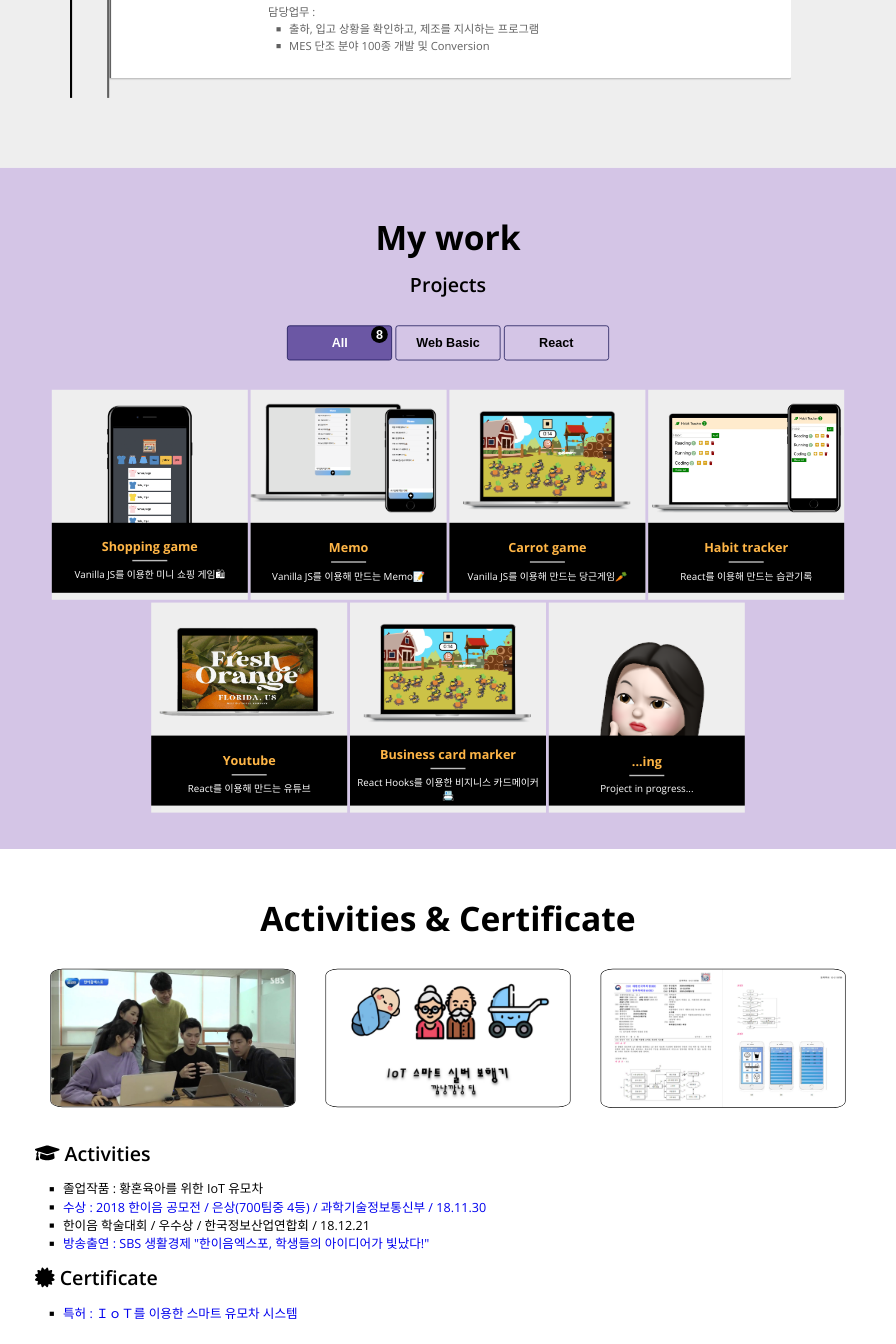
Repository: salangdung-i/portfolio
Page: index.html
These files come from the project's save history. The page is drawn as it stood at one moment and after the next save; the edit follows.
The browser window is 1280 px wide. The pictures show the part of the page from y = 3207 to 5127 px (the page is 5627 px tall), at 70% of full size.
Some web fonts or font styles are not loaded; a fallback is used. Some web libraries are served in a nearby version.

Above is the page before, as saved 2021-12-28 13:44:45.

### index.html
<!DOCTYPE html>
<html lang="en">

<head>
  <meta charset="UTF-8">
  <meta name="viewport" content="width=device-width, initial-scale=1.0">
  <title>Eunji's Portfolio</title>
  <meta name="description" content="Port for world-renowned software engineer Eunji" />
  <meta name="author" content="Eunji">
  <link rel="icon" type="image/png" href="imgs/favicon.png" />
  <script src="https://use.fontawesome.com/releases/v5.2.0/js/all.js"></script>
  <link rel="preconnect" href="https://fonts.googleapis.com">
  <link rel="preconnect" href="https://fonts.gstatic.com" crossorigin>
  <link
    href="https://fonts.googleapis.com/css2?family=Noto+Serif+KR:wght@200;300;400;500;600&family=Open+Sans:wght@400;600;700&family=Oswald:wght@600&family=Yeon+Sung&display=swap&family=Bakbak+One&display=swap&family=Noto+Sans+KR:wght@100;300&display=swap"
    rel="stylesheet">
  <link rel="stylesheet" href="style.css" />
  <script src="main.js" defer></script>
</head>

<body>
  <!-- Navbar  -->
  <nav id="navbar">
    <div class="navbar__logo">
      <a href="#"><img class="navbar__logo__img" src="imgs/favicon.png" width="30" height="30"
          alt="favicon img"></img>Eunji</a>
    </div>
    <ul class="navbar__menu">
      <li class="navbar__menu__item active" data-link="#home">Home</li>
      <li class="navbar__menu__item" data-link="#about">About</li>
      <li class="navbar__menu__item" data-link="#skills">Skills</li>
      <li class="navbar__menu__item" data-link="#experience">Experience</li>
      <li class="navbar__menu__item" data-link="#work">My work</li>
      <li class="navbar__menu__item" data-link="#activities">Activities</li>
      <li class="navbar__menu__item" data-link="#contact">Contact</li>
    </ul>

    <!-- Toggle button -->
    <button class="navbar__toggle-btn">
      <i class="far fa-bars"></i>
    </button>
  </nav>

  <!-- Home -->
  <section id="home">
    <button class="home__contact" data-link="#contact">
      <i class="fas fa-share-square"></i>
      Contact Me</button>
  </section>

  <!-- About -->
  <section id="about" class="section section__container">
    <header>
      <h1>About me</h1>
    </header>
    <div class="about--text">
      <p>
        안녕하세요. 1년 차 개발자로 SI 회사에서 웹 개발을 하였습니다.<br>
        유연한 의사소통을 좋아합니다.<br>
        첫 프로젝트를 진행할 때 고객과 직접적으로 소통하며 협업해야 하는 일이 많았습니다. <br>
        원활한 프로젝트 진행을 위해 MES의 도메인을 이해하는 것과 개발 상황을 고객의 눈높이에 맞춰 설명하는 것이 중요했습니다. <br>
        그래서 기획자와의 적극적인 커뮤니케이션을 통해 산업 도메인에 지식을 쌓았고, 다양한 예시를 활용하여 고객과 소통하였습니다. <br>
        가장 마지막으로 프로젝트에 투입되었지만, 고객들의 만족도가 높은 기능을 구현했습니다.
      </p>

    </div>
  </section>

  <!-- Skills -->
  <section id="skills" class="section">
    <div class="section__container">
      <h1>Skills</h1>

      <div class="about__majors">
        <div class="major">
          <div class="major__icon">
            <i class="fab fa-js-square"></i>
          </div>
          <h2 class="major__title">Front-end</h2>
          <div class="major__description">
            <ul class="description--ul">
              <li>HTML, CSS, JS(ES5+)</li>
              <li>React</li>
            </ul>
          </div>
        </div>
        <div class="major">
          <div class="major__icon">
            <i class="fas fa-server"></i>
          </div>
          <h2 class="major__title">Back-end</h2>
          <div class="major__description">
            <ul class="description--ul">
              <li>Java</li>
              <li>Oracle SQL, MySql, JPA</li>
            </ul>
          </div>
        </div>

        <div class="major">
          <div class="major__icon">
            <i class="fas fa-cogs"></i>
          </div>
          <h2 class="major__title">Tool</h2>
          <div class="major__description">
            <ul class="description--ul">
              <li>Git, Bitbucket, SVN </li>
              <li>Eclipse, IntelliJ</li>
              <li>Visual Studio Code</li>
              <li>Bi-canvas, UbiReport</li>
              <li>Nexacro</li>
            </ul>
          </div>
        </div>
      </div>
    </div>
  </section>


  <!-- Timeline -->
  <section id="experience" class="section__timeline">
    <div class="section__container">
      <h1>Experience information</h1>
      <h2>개발 경력 1년 4개월</h2>
      <div class="timelines c">
        <div class="timeline__group">
          <span class="timeline__title c" aria-hidden="true">COMPANY</span>
        </div>
        <div class="timeline__group">
          <span class="timeline__title c" aria-hidden="true">ATOS</span>
          <div class="timeline__cards">
            <div class="timeline__card card">
              <div class="card__content">
                <img src="imgs/atos_logo.png" alt="posco logp" class="card__content-logo">
                <ul class="timeline__ul">
                  <li>ITO 사업부 사원</li>
                  <li>근무기간 : 2020.02 ~ 2021.06</li>
                  <li>담당업무 : WEB 개발</li>
                </ul>
              </div>
            </div>
          </div>
        </div>
        <!-- </div> -->
        <div class="timelines">
          <div class="timeline__group">
            <span class="timeline__title" aria-hidden="true">PROJECT</span>
          </div>
          <div class="timeline__group">
            <span class="timeline__year time" aria-hidden="true">2020</span>
            <div class="timeline__cards">
              <div class="timeline__card card">
                <header class="card__header">
                  <time class="time posco-logo" datetime="2020-02-11">
                    POSCO ICT
                  </time>
                </header>
                <div class="card__content">
                  <img src="imgs/posco_ict_logo.png" alt="posco logp" class="card__content-logo">
                  <ul class="timeline__ul">
                    <li>MES 3.0 통합관제 팀 </li>
                    <li>진행기간 : 2020.02 ~ 2020.12</li>
                    <li>담당업무 :
                      <ul>
                        <li>전체의 재고 및 제작 상황을 확인, 다음 근무자에게 지시사항을 기록하는 시스템</li>
                        <li>10년간의 재난 상황(지진)을 확인, SMS 우선순위 대상자 조회, 변경, 기준이상의 지진 발생 시 SMS 전송하는 시스템</li>
                        <li>업무일지(관제, 용선) 16종 신규 개발 및 안정화, 지진 4종 신규 개발 및 안정화</li>
                      </ul>
                    </li>
                  </ul>
                </div>
              </div>

              <div class="timeline__group">
                <span class="timeline__year time" aria-hidden="true">2021</span>
                <div class="timeline__cards">
                  <div class="timeline__card card">
                    <header class="card__header">
                      <time class="time hyundai-logo" datetime="2021-01-02">
                        HYUNDAI STEEL
                      </time>
                    </header>
                    <div class="card__content">
                      <img src="imgs/hyundai_logo.gif" alt="hyundai logp" class="card__content-logo">
                      <ul class="timeline__ul">
                        <li>순천단조공장 단조 MES 팀</li>
                        <li>진행기간 : 2021.01 ~ 2021.06</li>
                        <li>담당업무 :
                          <ul>
                            <li>출하, 입고 상황을 확인하고, 제조를 지시하는 프로그램</li>
                            <li>MES 단조 분야 100종 개발 및 Conversion</li>
                          </ul>
                        </li>
                      </ul>
                    </div>
                  </div>
                </div>
              </div>
            </div>
          </div>
        </div>
      </div>
  </section>

  <!-- Work -->
  <section id="work" class="section">
    <div class="section__container">
      <h1>My work</h1>
      <h2>Projects</h2>
      <div class="work__categories">
        <button class="category__btn selected" data-filter="*">
          All<span class="category__count">8</span>
        </button>
        <button class="category__btn" data-filter="basic">
          Web Basic<span class="category__count">3</span>
        </button>
        <button class="category__btn" data-filter="react">
          React<span class="category__count">2</span>
        </button>
      </div>
      <div class="work__projects">
        <a href="https://github.com/salangdung-i/shopping-game" class="project" target="blank" data-type="basic">
          <img class="project__img" src="imgs/projects/project-shopping.png" alt="shopping-game img">
          <div class="project__description">
            <h3>Shopping game</h3>
            <span>Vanilla JS를 이용한 미니 쇼핑 게임🛍</span>
          </div>
        </a>
        <a href="https://github.com/salangdung-i/to-do-list-app" class="project" target="blank" data-type="basic">
          <img class="project__img" src="imgs/projects/project-memo.png" alt="memo img">
          <div class="project__description">
            <h3>Memo</h3>
            <span>Vanilla JS를 이용해 만드는 Memo📝</span>
          </div>
        </a>
        <a href="https://github.com/salangdung-i/carrot-game" class="project" target="blank" data-type="basic">
          <img class="project__img" src="imgs/projects/project-carrot.png" alt="carrot-game img">
          <div class="project__description">
            <h3>Carrot game</h3>
            <span>Vanilla JS를 이용해 만드는 당근게임🥕</span>
          </div>
        </a>
        <a href="https://github.com/salangdung-i/habit-tracker" class="project" target="blank" data-type="react">
          <img class="project__img" src="imgs/projects/project-habit.png" alt="habit-tracker img">
          <div class="project__description">
            <h3>Habit tracker</h3>
            <span>React를 이용해 만드는 습관기록 </span>
          </div>
        </a>
        <a href="https://github.com/salangdung-i/youtube" class="project" target="blank" data-type="react">
          <img class="project__img" src="imgs/projects/project6.png" alt="youtube img">
          <div class="project__description">
            <h3>Youtube</h3>
            <span>React를 이용해 만드는 유튜브</span>
          </div>
        </a>
        <a href="https://github.com/salangdung-i/business-card-marker" class="project" target="blank" data-type="react">
          <img class="project__img" src="imgs/projects/project-carrot.png" alt="business-card-marker imgs">
          <div class=" project__description">
            <h3>Business card marker</h3>
            <span>React Hooks를 이용한 비지니스 카드메이커 📇</span>
          </div>
        </a>
        <a href="/" class="project" target="blank" data-type="react">
          <img class="project__img" src="imgs/project-in-progress.png" alt="project-in-progress imgs">
          <div class=" project__description">
            <h3>...ing</h3>
            <span>Project in progress...</span>
          </div>
        </a>
      </div>
    </div>
  </section>


  <!-- Activities & Certificate -->
  <section id="activities" class="section">
    <div class="section__container">
      <h1>Activities & Certificate</h1>
      <div class="active--imgs">
        <div class="active-img">
          <a href="https://youtu.be/o_iTuNASD5A?t=109" target="_blank">
            <img class="active__img" src="imgs/haniumit.jpeg" alt="haniumit thumbnail">
          </a>
        </div>
        <div class="active-img">
          <a href="https://youtu.be/RUdjBgxtxtU" target="_blank">
            <img class="active__img" src="imgs/iot-img.jpeg" alt="youtube thumbnail">
          </a>
        </div>
        <div class="active-img">
          <a href="1020180170668.pdf" download>
            <img class="active__img" src="imgs/certificate-2.png" alt="certificate pdf image">
          </a>
        </div>
      </div>

      <div class="active__content">
        <h2 class="content-header">
          <i class="fas fa-graduation-cap"></i> Activities
        </h2>
        <ul class="content-ul">
          <li>졸업작품 : 황혼육아를 위한 IoT 유모차</li>
          <li><a href="https://www.mk.co.kr/news/it/view/2018/11/697202/" target="_blank">수상 : 2018 한이음 공모전 /
              은상(700팀중 4등) /
              과학기술정보통신부 / 18.11.30</a></li>
          <li>한이음 학술대회 / 우수상 / 한국정보산업연합회 / 18.12.21</li>
          <li>
            <a href="https://youtu.be/o_iTuNASD5A?t=109" target="_blank">방송출연 : SBS 생활경제 "한이음엑스포, 학생들의 아이디어가 빛났다!"</a>
          </li>
        </ul>
        <h2 class="content-header">
          <i class="fas fa-certificate"></i> Certificate
        </h2>
        <ul class="content-ul">
          <li><a href="1020180170668.pdf" download>특허 : ＩｏＴ를 이용한 스마트 유모차 시스템</a></li>
        </ul>
      </div>
    </div>
  </section>

  <!-- Contact -->
  <section id="contact" class="section">
    <h1 class="contact__title">Contact me!</h1>
    <div class="contants">
      <h3 class="contact__data">Email : ej.yim0322@gmail.com</h3>
      <h3 class="contact__data"><a href="https://github.com/salangdung-i" target="blank">Github :
          https://github.com/salangdung-i</a>
      </h3>
      <h3 class="contact__data">
        <a href="https://salangdung.tistory.com" target="blank"> Blog : https://salangdung.tistory.com</a>
      </h3>
    </div>
    <h1 class="contact__title">Thank you!</h1>
  </section>

  <!-- Arrow up -->
  <button class="arrow-up">
    <i class="fas fa-arrow-up"></i>
  </button>
</body>

</html>

Loaded but not shown: main.js (167 lines, source omitted); style.css (700 lines, source omitted)

After the next save:
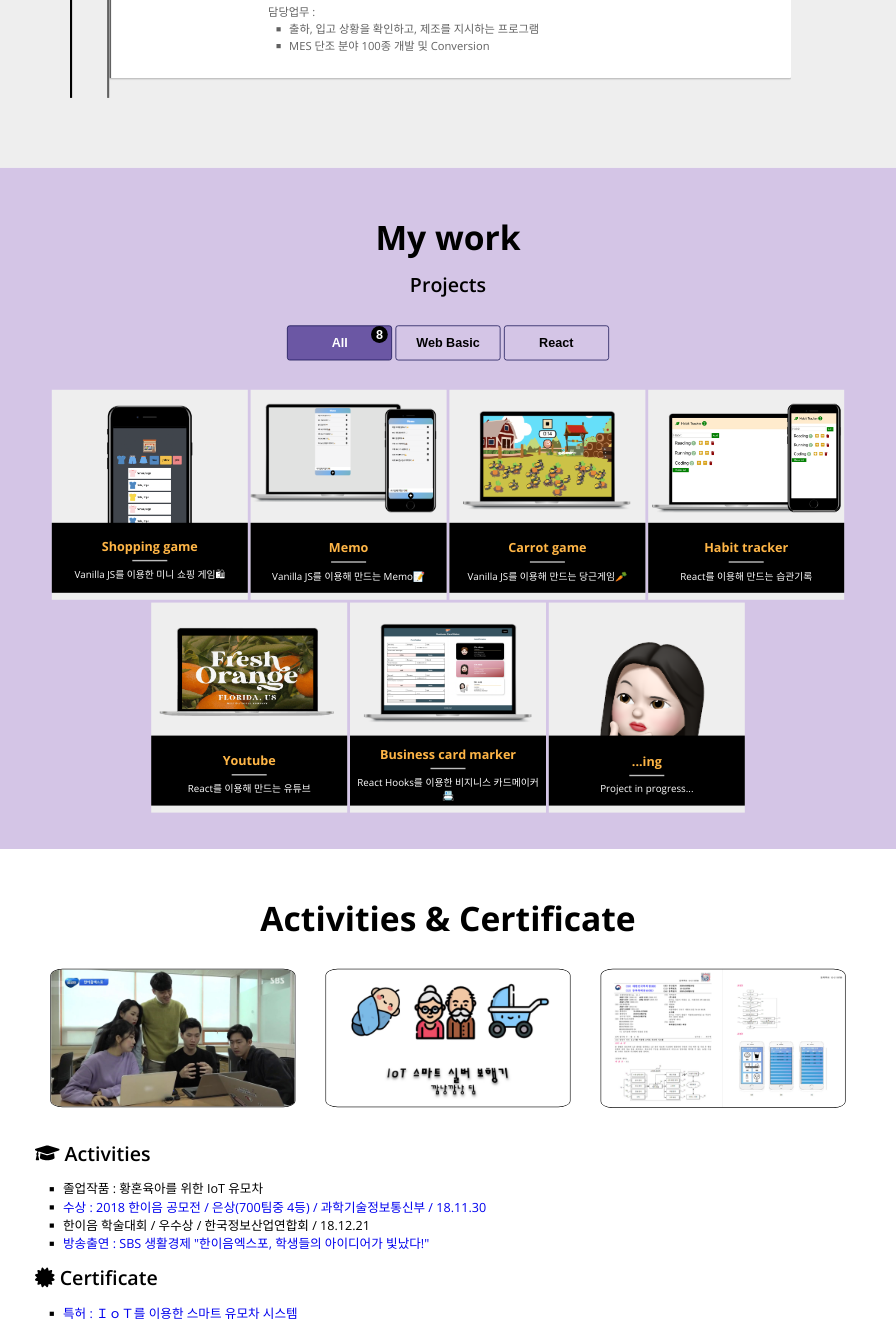
Saved 7 s later.
--- a/index.html
+++ b/index.html
@@ -255,7 +255,7 @@
           </div>
         </a>
         <a href="https://github.com/salangdung-i/business-card-marker" class="project" target="blank" data-type="react">
-          <img class="project__img" src="imgs/projects/project-carrot.png" alt="business-card-marker imgs">
+          <img class="project__img" src="imgs/projects/project-cardmaker.png" alt="business-card-marker imgs">
           <div class=" project__description">
             <h3>Business card marker</h3>
             <span>React Hooks를 이용한 비지니스 카드메이커 📇</span>
